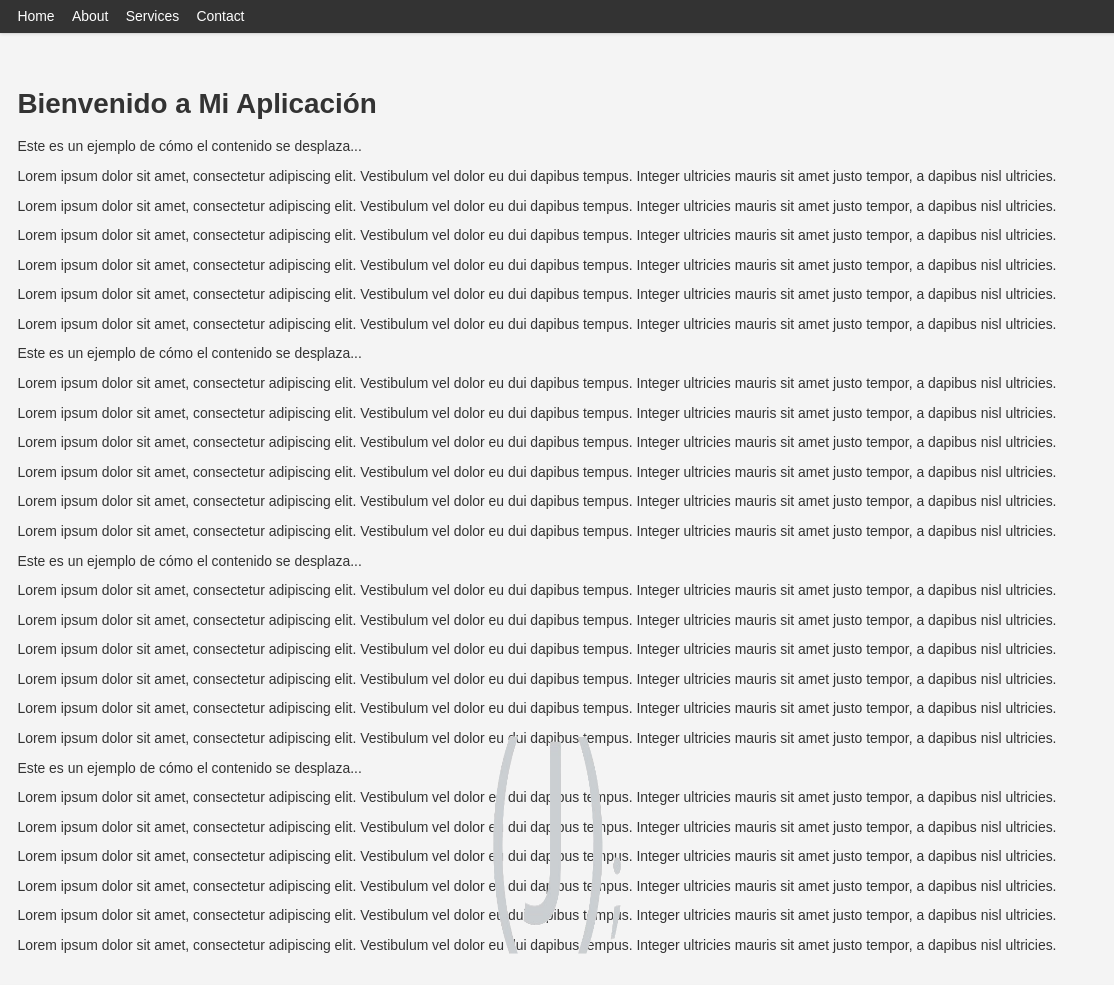
Repository: JoyMoGas/HelujaArc
Page: http://localhost/
The author's editor kept a copy of each file at every save. The page is drawn from the files as they stood at one save, then again after the next save.
The browser window is 1280 px wide. The pictures show the whole page, at 87% of full size.
The page is served by the project's application, run on Flask 3 (run.py).

Above is the page before, as saved 2024-08-11 15:14:32.

### templates/index.html
{% extends "base.html" %}

{% block content %}
<div class="logo-container">
    <img src="{{ url_for('static', filename='logo.png') }}" alt="Logo" id="logo">
</div>

<div class="main-content">
    <h1>Bienvenido a Mi Aplicación</h1>
    <p>Este es un ejemplo de cómo el contenido se desplaza...</p>
    <p>Lorem ipsum dolor sit amet, consectetur adipiscing elit. Vestibulum vel dolor eu dui dapibus tempus. Integer ultricies mauris sit amet justo tempor, a dapibus nisl ultricies.</p>
    <p>Lorem ipsum dolor sit amet, consectetur adipiscing elit. Vestibulum vel dolor eu dui dapibus tempus. Integer ultricies mauris sit amet justo tempor, a dapibus nisl ultricies.</p>
    <p>Lorem ipsum dolor sit amet, consectetur adipiscing elit. Vestibulum vel dolor eu dui dapibus tempus. Integer ultricies mauris sit amet justo tempor, a dapibus nisl ultricies.</p>
    <p>Lorem ipsum dolor sit amet, consectetur adipiscing elit. Vestibulum vel dolor eu dui dapibus tempus. Integer ultricies mauris sit amet justo tempor, a dapibus nisl ultricies.</p>
    <p>Lorem ipsum dolor sit amet, consectetur adipiscing elit. Vestibulum vel dolor eu dui dapibus tempus. Integer ultricies mauris sit amet justo tempor, a dapibus nisl ultricies.</p>
    <p>Lorem ipsum dolor sit amet, consectetur adipiscing elit. Vestibulum vel dolor eu dui dapibus tempus. Integer ultricies mauris sit amet justo tempor, a dapibus nisl ultricies.</p>
    <p>Este es un ejemplo de cómo el contenido se desplaza...</p>
    <p>Lorem ipsum dolor sit amet, consectetur adipiscing elit. Vestibulum vel dolor eu dui dapibus tempus. Integer ultricies mauris sit amet justo tempor, a dapibus nisl ultricies.</p>
    <p>Lorem ipsum dolor sit amet, consectetur adipiscing elit. Vestibulum vel dolor eu dui dapibus tempus. Integer ultricies mauris sit amet justo tempor, a dapibus nisl ultricies.</p>
    <p>Lorem ipsum dolor sit amet, consectetur adipiscing elit. Vestibulum vel dolor eu dui dapibus tempus. Integer ultricies mauris sit amet justo tempor, a dapibus nisl ultricies.</p>
    <p>Lorem ipsum dolor sit amet, consectetur adipiscing elit. Vestibulum vel dolor eu dui dapibus tempus. Integer ultricies mauris sit amet justo tempor, a dapibus nisl ultricies.</p>
    <p>Lorem ipsum dolor sit amet, consectetur adipiscing elit. Vestibulum vel dolor eu dui dapibus tempus. Integer ultricies mauris sit amet justo tempor, a dapibus nisl ultricies.</p>
    <p>Lorem ipsum dolor sit amet, consectetur adipiscing elit. Vestibulum vel dolor eu dui dapibus tempus. Integer ultricies mauris sit amet justo tempor, a dapibus nisl ultricies.</p>

    <p>Este es un ejemplo de cómo el contenido se desplaza...</p>
    <p>Lorem ipsum dolor sit amet, consectetur adipiscing elit. Vestibulum vel dolor eu dui dapibus tempus. Integer ultricies mauris sit amet justo tempor, a dapibus nisl ultricies.</p>
    <p>Lorem ipsum dolor sit amet, consectetur adipiscing elit. Vestibulum vel dolor eu dui dapibus tempus. Integer ultricies mauris sit amet justo tempor, a dapibus nisl ultricies.</p>
    <p>Lorem ipsum dolor sit amet, consectetur adipiscing elit. Vestibulum vel dolor eu dui dapibus tempus. Integer ultricies mauris sit amet justo tempor, a dapibus nisl ultricies.</p>
    <p>Lorem ipsum dolor sit amet, consectetur adipiscing elit. Vestibulum vel dolor eu dui dapibus tempus. Integer ultricies mauris sit amet justo tempor, a dapibus nisl ultricies.</p>
    <p>Lorem ipsum dolor sit amet, consectetur adipiscing elit. Vestibulum vel dolor eu dui dapibus tempus. Integer ultricies mauris sit amet justo tempor, a dapibus nisl ultricies.</p>
    <p>Lorem ipsum dolor sit amet, consectetur adipiscing elit. Vestibulum vel dolor eu dui dapibus tempus. Integer ultricies mauris sit amet justo tempor, a dapibus nisl ultricies.</p>

    <p>Este es un ejemplo de cómo el contenido se desplaza...</p>
    <p>Lorem ipsum dolor sit amet, consectetur adipiscing elit. Vestibulum vel dolor eu dui dapibus tempus. Integer ultricies mauris sit amet justo tempor, a dapibus nisl ultricies.</p>
    <p>Lorem ipsum dolor sit amet, consectetur adipiscing elit. Vestibulum vel dolor eu dui dapibus tempus. Integer ultricies mauris sit amet justo tempor, a dapibus nisl ultricies.</p>
    <p>Lorem ipsum dolor sit amet, consectetur adipiscing elit. Vestibulum vel dolor eu dui dapibus tempus. Integer ultricies mauris sit amet justo tempor, a dapibus nisl ultricies.</p>
    <p>Lorem ipsum dolor sit amet, consectetur adipiscing elit. Vestibulum vel dolor eu dui dapibus tempus. Integer ultricies mauris sit amet justo tempor, a dapibus nisl ultricies.</p>
    <p>Lorem ipsum dolor sit amet, consectetur adipiscing elit. Vestibulum vel dolor eu dui dapibus tempus. Integer ultricies mauris sit amet justo tempor, a dapibus nisl ultricies.</p>
    <p>Lorem ipsum dolor sit amet, consectetur adipiscing elit. Vestibulum vel dolor eu dui dapibus tempus. Integer ultricies mauris sit amet justo tempor, a dapibus nisl ultricies.</p>


</div>
{% endblock %}

### templates/base.html
<!DOCTYPE html>
<html lang="en">
<head>
    <meta charset="UTF-8">
    <meta name="viewport" content="width=device-width, initial-scale=1.0">
    <title>Mi Aplicación</title>
    <!-- Incluir hoja de estilo -->
    <link rel="stylesheet" href="{{ url_for('static', filename='style.css') }}">
</head>
<body>
    <nav class="navbar">
        <div class="navbar-logo" id="navbar-logo" style="display: none;">
            <img src="{{ url_for('static', filename='logo.png') }}" alt="Logo">
        </div>
        <ul class="navbar-links">
            <li><a href="#">Home</a></li>
            <li><a href="#">About</a></li>
            <li><a href="#">Services</a></li>
            <li><a href="#">Contact</a></li>
        </ul>
    </nav>
    <div class="content">
        {% block content %}
        {% endblock %}
    </div>
    <script src="{{ url_for('static', filename='scripts.js') }}"></script>
</body>
</html>

### static/style.css
/* Estilo general para el body */
body {
    margin: 0;
    font-family: Arial, sans-serif;
    background-color: #f4f4f4; /* Color de fondo del body */
    color: #333; /* Color del texto */
    padding: 0;
    overflow-x: hidden; /* Evita el scroll horizontal */
    position: relative; /* Asegúrate de que el body pueda contener el logotipo en su posición inicial */
}

/* Estilo para la navbar */
.navbar {
    position: fixed;
    top: 0;
    width: 100%;
    background-color: #333; /* Color de fondo de la navbar */
    color: #fff; /* Color del texto */
    padding: 10px 20px; /* Espaciado interno */
    box-shadow: 0 2px 4px rgba(0,0,0,0.1); /* Sombra para dar profundidad */
    z-index: 1000; /* Asegúrate de que esté por encima de otros elementos */
    display: flex;
    align-items: center;
    justify-content: space-between;
}

/* Estilo para los enlaces de la navbar */
.navbar-links {
    list-style: none;
    margin: 0;
    padding: 0;
    display: flex;
}

.navbar-links li {
    margin-right: 20px;
}

.navbar-links a {
    color: #fff;
    text-decoration: none;
    font-size: 16px;
}

.navbar-links a:hover {
    text-decoration: underline;
}

/* Estilos base para el logotipo */
.logo-container {
    position: absolute;
    top: 50%;
    left: 50%;
    transform: translate(-50%, -50%);
    transition: all 0.5s ease; /* Transición suave */
    z-index: 1100; /* Asegúrate de que esté por encima de la navbar */
}

#logo {
    width: 150px; /* Tamaño inicial */
    height: auto;
}

.navbar-logo {
    position: relative; /* Cambiar a relative para que pueda posicionarse correctamente dentro de la navbar */
}

.navbar-logo img {
    width: 50px; /* Tamaño en la navbar */
    height: auto;
}

/* Estilos cuando el usuario hace scroll */
.scroll-active .logo-container {
    top: 0; /* Posición en la navbar */
    left: 10px; /* Ajusta según el diseño */
    transform: none;
}

.scroll-active #logo {
    width: 50px; /* Tamaño en la navbar */
}

/* Estilo adicional para la sección de contenido */
.content {
    padding: 20px;
    margin-top: 60px; /* Espacio para que el contenido no quede oculto detrás de la navbar */
}

### static/scripts.js
"use strict";
document.addEventListener('DOMContentLoaded', () => {
    window.scrollTo(0, 0);
    const logo = document.getElementById('logo');
    const handleScroll = () => {
        if (window.scrollY > 50) {
            logo.style.position = 'fixed';
            logo.style.top = '0px';
            logo.style.left = '120px';
            logo.style.height = '100px';
            logo.style.transform = 'translateX(0) scale(0.6)';
        }
        else {
            logo.style.position = 'absolute';
            logo.style.top = '250px';
            logo.style.left = '50%';
            logo.style.transform = 'translateX(-50%) scale(1)';
            logo.style.height = '250px';
        }
    };
    window.addEventListener('scroll', handleScroll);
    // Inicializa el estado del logotipo
    handleScroll();
});
window.addEventListener('scroll', () => {
    const navbar = document.querySelector('.navbar');
    if (window.scrollY > 50) {
        navbar.classList.add('scrolled');
    }
    else {
        navbar.classList.remove('scrolled');
    }
});
window.addEventListener('beforeunload', () => {
    window.scrollTo(0, 0);
});

Loaded but not shown: run.py (common file)

After the next save:
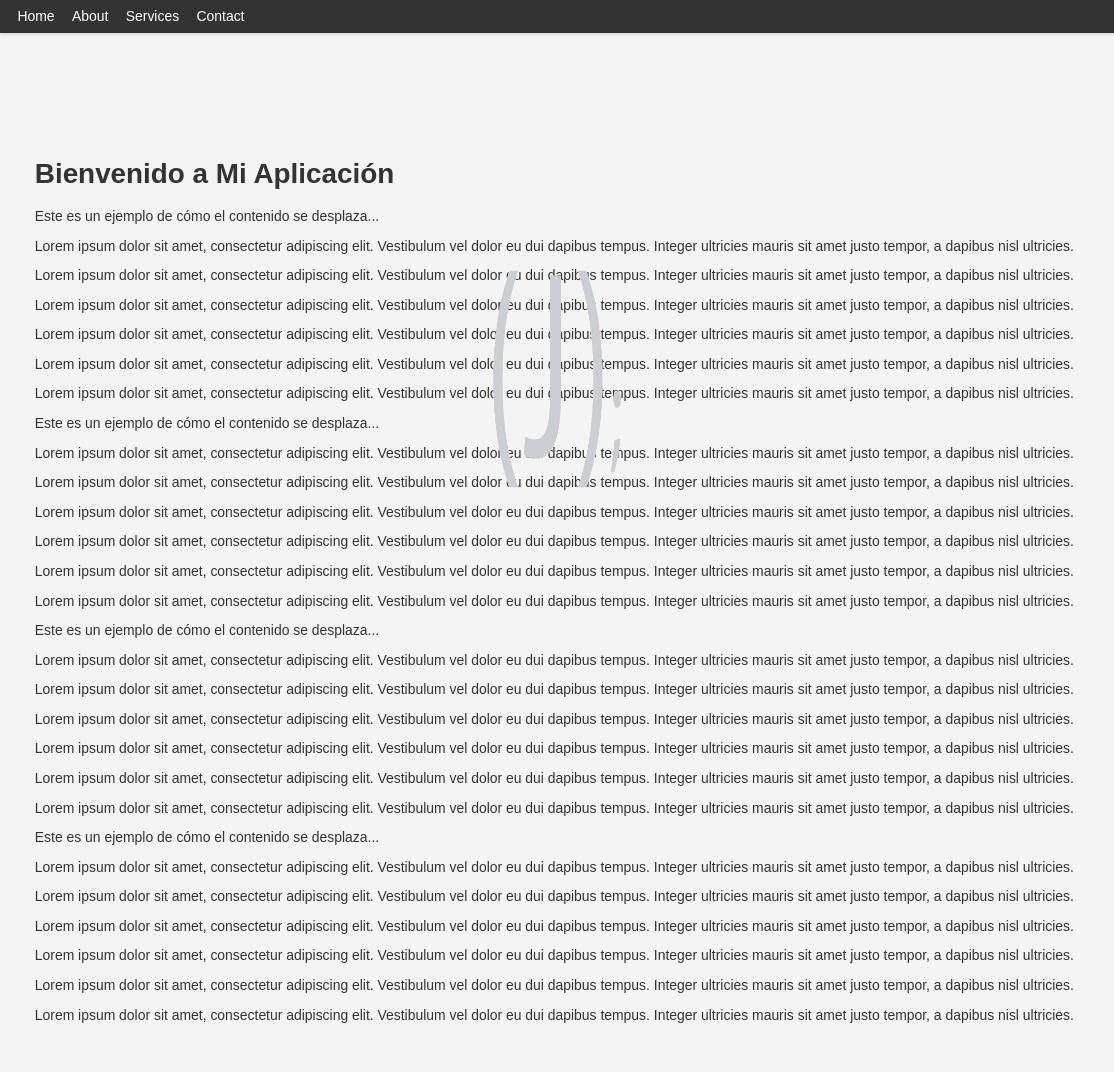
Saved 119 s later.
--- a/templates/index.html
+++ b/templates/index.html
@@ -1,11 +1,11 @@
 {% extends "base.html" %}
 
 {% block content %}
-<div class="logo-container">
+<div class="body-logo">
     <img src="{{ url_for('static', filename='logo.png') }}" alt="Logo" id="logo">
 </div>
 
-<div class="main-content">
+<div class="content">
     <h1>Bienvenido a Mi Aplicación</h1>
     <p>Este es un ejemplo de cómo el contenido se desplaza...</p>
     <p>Lorem ipsum dolor sit amet, consectetur adipiscing elit. Vestibulum vel dolor eu dui dapibus tempus. Integer ultricies mauris sit amet justo tempor, a dapibus nisl ultricies.</p>
